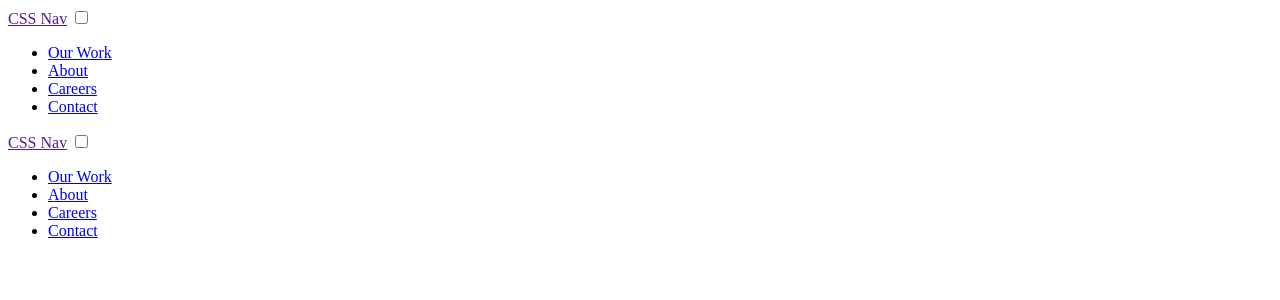
Repository: Michelhof1978/hamburger
Page: index.html
The author's editor kept a copy of each file at every save. The page is drawn from the files as they stood at one save, then again after a run of saves.
The browser window is 1280 px wide. The pictures show the whole page.

Above is the page before, as saved 2022-11-07 19:15:37.

### index.html
<header class="header">
    <a href="" class="logo">CSS Nav</a>
    <input class="menu-btn" type="checkbox" id="menu-btn" />
    <label class="menu-icon" for="menu-btn"><span class="navicon"></span></label>
    <ul class="menu">
      <li><a href="#work">Our Work</a></li>
      <li><a href="#about">About</a></li>
      <li><a href="#careers">Careers</a></li>
      <li><a href="#contact">Contact</a></li>
    </ul>
  </header><header class="header">
    <a href="" class="logo">CSS Nav</a>
    <input class="menu-btn" type="checkbox" id="menu-btn" />
    <label class="menu-icon" for="menu-btn"><span class="navicon"></span></label>
    <ul class="menu">
      <li><a href="#work">Our Work</a></li>
      <li><a href="#about">About</a></li>
      <li><a href="#careers">Careers</a></li>
      <li><a href="#contact">Contact</a></li>
    </ul>
  </header>

### style.css
body {
    margin: 0;
    font-family: Helvetica, sans-serif;
    background-color: #f4f4f4;
  }

  a {
    color: #000;
  }

  /* header */

  .header {
    background-color: #fff;
    box-shadow: 1px 1px 4px 0 rgba(0,0,0,.1);
    position: fixed;
    width: 100%;
    z-index: 3;
  }

  .header ul {
    margin: 0;
    padding: 0;
    list-style: none;
    overflow: hidden;
    background-color: #fff;
  }

  .header li a {
    display: block;
    padding: 20px 20px;
    border-right: 1px solid #f4f4f4;
    text-decoration: none;
  }

  .header li a:hover,
  .header .menu-btn:hover {
    background-color: #f4f4f4;
  }

  .header .logo {
    display: block;
    float: left;
    font-size: 2em;
    padding: 10px 20px;
    text-decoration: none;
  }

  /* menu */

  .header .menu {
    clear: both;
    max-height: 0;
    transition: max-height .2s ease-out;
  }

  /* menu icon */

  .header .menu-icon {
    cursor: pointer;
    display: inline-block;
    float: right;
    padding: 28px 20px;
    position: relative;
    user-select: none;
  }

  .header .menu-icon .navicon {
    background: #333;
    display: block;
    height: 2px;
    position: relative;
    transition: background .2s ease-out;
    width: 18px;
  }

  .header .menu-icon .navicon:before,
  .header .menu-icon .navicon:after {
    background: #333;
    content: '';
    display: block;
    height: 100%;
    position: absolute;
    transition: all .2s ease-out;
    width: 100%;
  }

  .header .menu-icon .navicon:before {
    top: 5px;
  }

  .header .menu-icon .navicon:after {
    top: -5px;
  }

  /* menu btn */

  .header .menu-btn {
    display: none;
  }

  .header .menu-btn:checked ~ .menu {
    max-height: 240px;
  }

  .header .menu-btn:checked ~ .menu-icon .navicon {
    background: transparent;
  }

  .header .menu-btn:checked ~ .menu-icon .navicon:before {
    transform: rotate(-45deg);
  }

  .header .menu-btn:checked ~ .menu-icon .navicon:after {
    transform: rotate(45deg);
  }

  .header .menu-btn:checked ~ .menu-icon:not(.steps) .navicon:before,
  .header .menu-btn:checked ~ .menu-icon:not(.steps) .navicon:after {
    top: 0;
  }

  /* 48em = 768px */

  @media (min-width: 48em) {
    .header li {
      float: left;
    }
    .header li a {
      padding: 20px 30px;
    }
    .header .menu {
      clear: none;
      float: right;
      max-height: none;
    }
    .header .menu-icon {
      display: none;
    }
  }

After the next 2 saves:
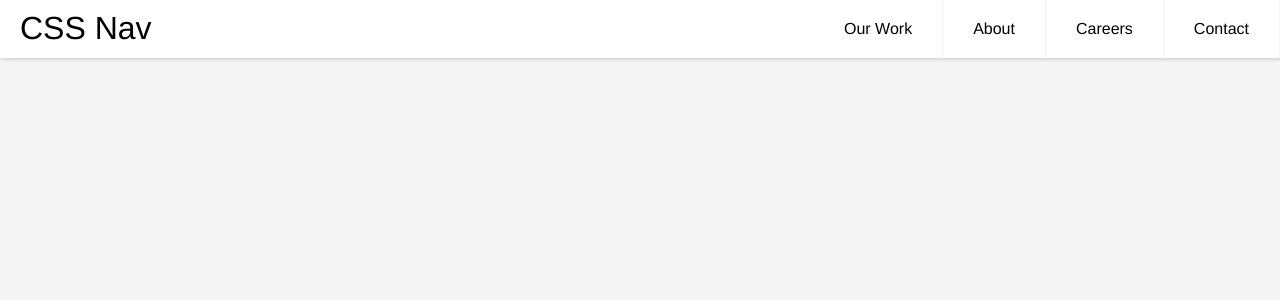
Not found: script.js
The 2 saves are shown as one change because they came seconds apart.
The last was saved 43 s later.
--- a/index.html
+++ b/index.html
@@ -19,3 +19,17 @@
       <li><a href="#contact">Contact</a></li>
     </ul>
   </header>
+  <!doctype html>
+<html lang="fr">
+<head>
+  <meta charset="utf-8">
+  <title>Titre de la page</title>
+  <link rel="stylesheet" href="style.css">
+  <script src="script.js"></script>
+</head>
+<body>
+  ...
+  <!-- Le reste du contenu -->
+  ...
+</body>
+</html>
